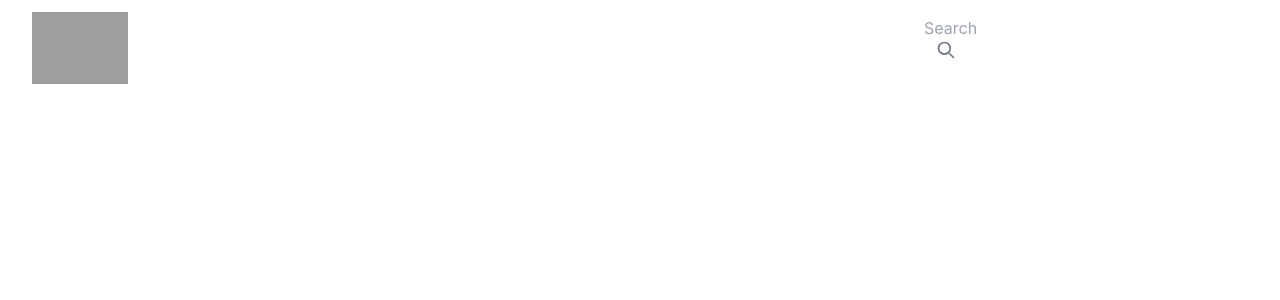
Repository: SehajBindra/insta--clone
Page: /
An editor plug-in stored every save of this project. The page is shown before and after the next save, followed by the edit.
The browser window is 1280 px wide. The pictures show the whole page.
Pictures or frames that could not be fetched are drawn as grey boxes. The project was rebuilt for these pictures with package versions that can differ from the ones it lists, and the page was loaded fresh each time. The framework's server and built-in components were replaced by stand-ins that run in the browser. Also part of the build but not shown: next.config.js.

Above is the page before, as saved 2022-04-11 01:33:17.

After the next save:
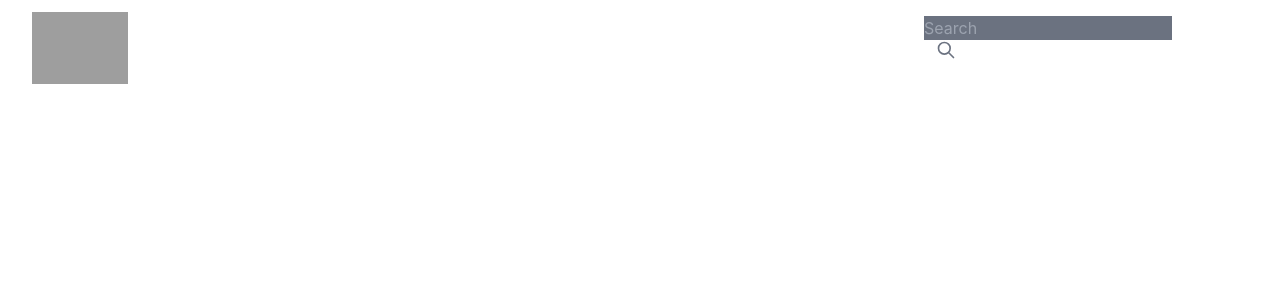
Saved 59 s later.
--- a/components/Header.js
+++ b/components/Header.js
@@ -30,11 +30,11 @@
         </div>
 
         {/* Middle Search Input Field */}
-        <div className=" relative mt-1 p-3 rounded-md">
+        <div className=" relative mt-1 p-3 rounded-md ">
             <div className=" absolute inset-y-3  pl-3 flex items-center pointer-events-none ">
              <SearchIcon  className="h-5  w-5 text-gray-500" />
             </div>
-            <input type="text" placeholder="Search" />
+            <input className="bg-gray-500" type="text" placeholder="Search" />
 
         </div>
       </div>

After the save that followed:
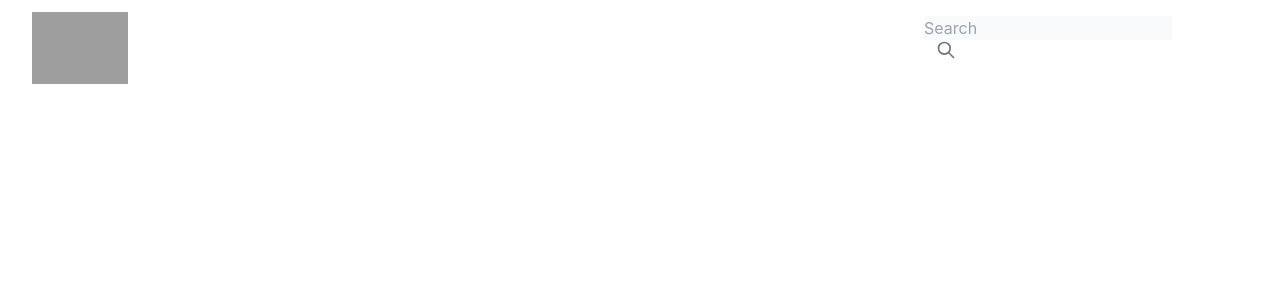
Saved 7 s later.
--- a/components/Header.js
+++ b/components/Header.js
@@ -34,7 +34,7 @@
             <div className=" absolute inset-y-3  pl-3 flex items-center pointer-events-none ">
              <SearchIcon  className="h-5  w-5 text-gray-500" />
             </div>
-            <input className="bg-gray-500" type="text" placeholder="Search" />
+            <input className="bg-gray-50" type="text" placeholder="Search" />
 
         </div>
       </div>
